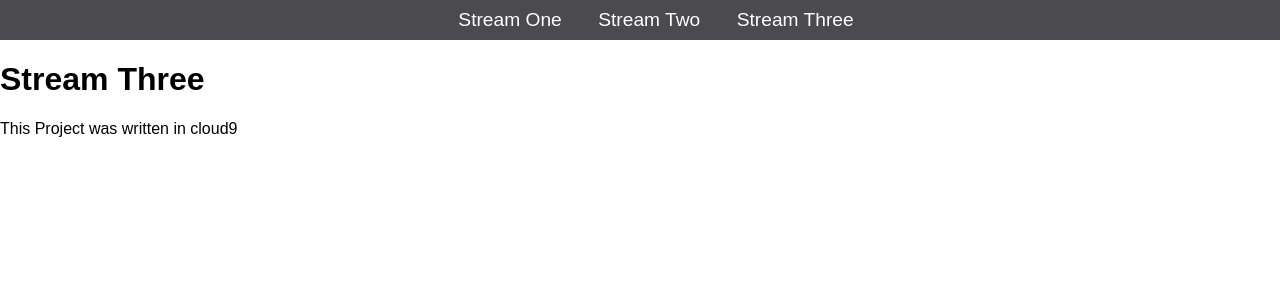
Repository: conbonbom/my-first-website
Page: stream-three.html
The author's editor kept a record of every edit. The page is drawn from the files as they stood at one moment, then again after the next edit.
The browser window is 1280 px wide. The pictures show the whole page.

Above is the page before.

### stream-three.html
<!DOCTYPE html>
<html>
    <head>
        <title>Hello World</title>
        <link rel="stylesheet" href="css/style.css" type="text/css" />
    </head>
    <body>
        <nav>
            <ul>
                <li><a href="stream-one.html">Stream One</a></li>
                <li><a href="stream-two.html">Stream Two</a></li>
                <li><a href="stream-three.html">Stream Three</a></li>
            </ul>
        </nav>
        <h1>Stream Three</h1>
        <p>This Project was written in cloud9</p>
    </body>
</html>

### css/style.css
body {
    margin: 0;
    padding: 0;
    font-family: 'Oswald' ,sans-serif ;
}

nav ul {
    list-style: none;
    background-color: #4a4a4f;
    text-align: center;
    margin: 0;
    padding: 0;
}

nav li {
    font-size: 1.2em;
    line-height: 40px;
    height: 40px;
    display: inline-block;
    margin-left: 2.5%;
}

nav a {
    text-decoration: none ;
    color: #ffffff;
    display: block;
}

nav a:hover {
    background-color: #ffffff;
    color: #4a4a4f;
}

.card {
    float: left;
    width:20%;
    margin-left:10%;
}

.card a {
    text-align: center;
}

img {
    width: 100%;
}


h2 {
    text-align: center ;
}

After the next edit:
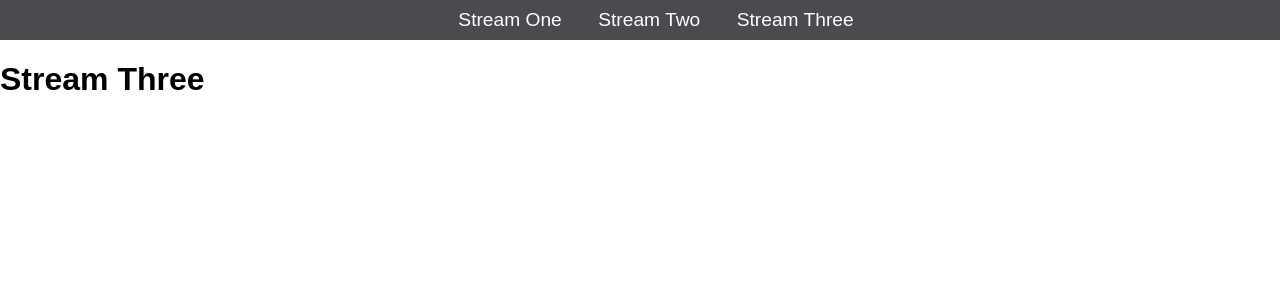
The edit:
--- a/stream-three.html
+++ b/stream-three.html
@@ -13,6 +13,12 @@
             </ul>
         </nav>
         <h1>Stream Three</h1>
-        <p>This Project was written in cloud9</p>
+
+        <div class="card">
+            <a href="">
+            <img src=""></img>
+            <h2></h2>
+            </a>
+        </div>
     </body>
 </html>
